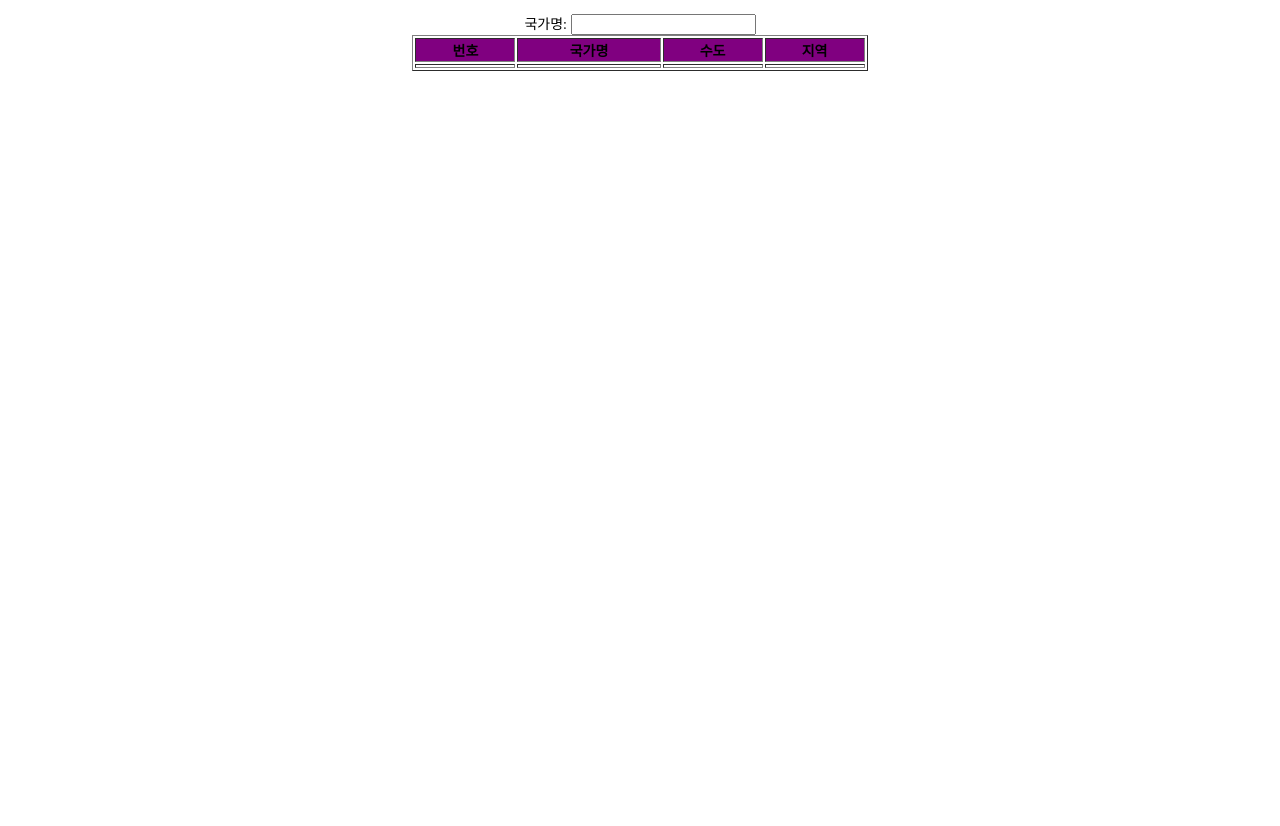
Repository: KangHoi/encore_vueWorkspace
Page: vue03_Event/WebContent/vue04_example.html
The author's editor kept a copy of each file at every save. The page is drawn from the files as they stood at one save, then again after the next save.
The browser window is 1280 px wide. The pictures show the whole page.

Above is the page before, as saved 2021-07-12 02:18:11.
Console error: SyntaxError: Unexpected token '}'

### vue03_Event/WebContent/vue04_example.html
<!DOCTYPE html>
<html>
<head>
<meta charset="UTF-8">
<title>Insert title here</title>
<style>
	#country{
		width: 60%;
		height: 800px;
		margin:0 auto;
		padding: 5px;
		text-align: center;
		font-size: 14px;

	}
	#tid{
		width: 60%;
		margin: 0 auto;
	}
	#th{
		background-color: purple;
		font: yellow;
		font: bold;
	}
</style>
<script src="https://cdn.jsdelivr.net/npm/vue/dist/vue.js"></script>

</head>
<body>
	<div id="country">
		국가명: <input v-model="findCountryByName"></input>
		<table id ="tid" border="1px">
			<thead id = "th">
				<tr>
					<th>번호</th><th>국가명</th><th>수도</th><th>지역</th>
				</tr>
			</thead>

			<tbody>
				<tr v-for="country in countries">
					<td v-html="country.no"></td>
					<td v-html="country.name"></td>
					<td v-html="country.capital"></td>
					<td v-html="country.region"></td>
				</tr>
			</tbody>
		</table>
	</div>
	<script>
	var model = {
		countries: [
			{ no: 1, name: "미국", capital: "워싱턴DC", region: "america"},
			{ no: 2, name: "프랑스", capital: "파리", region: "europe"},
			{ no: 3, name: "영국", capital: "런던", region: "europe"},
			{ no: 4, name: "중국", capital: "베이징", region: "asia"},
			{ no: 5, name: "태국", capital: "방콕", region: "asia"},
			{ no: 6, name: "모로코", capital: "라바트", region: "africa"},
			{ no: 7, name: "라오스", capital: "비엔티안", region: "asia"},
			{ no: 8, name: "베트남", capital: "하노이", region: "asia"},
			{ no: 9, name: "피지", capital: "수바", region: "oceania"},
			{ no: 10, name: "솔로몬 제도", capital: "호니아라", region: "oceania"},
			{ no: 11, name: "자메이카", capital: "킹스턴", region: "america"},
			{ no: 12, name: "나미비아", capital: "빈트후크", region: "africa"},
			{ no: 13, name: "동티모르", capital: "딜리", region: "asia"},
			{ no: 14, name: "멕시코", capital: "멕시코시티", region: "america"},
			{ no: 15, name: "베네수엘라", capital: "카라카스", region: "america"},
			{ no: 16, name: "서사모아", capital: "아피아", region: "oceania"},
		]
	}

	new Vue({
		el: '#country',
		data: model,
		computed:{
			findCountryByName : function(){
				return this.
			}
		}
	})
	</script>
</body>
</html>

After the next save:
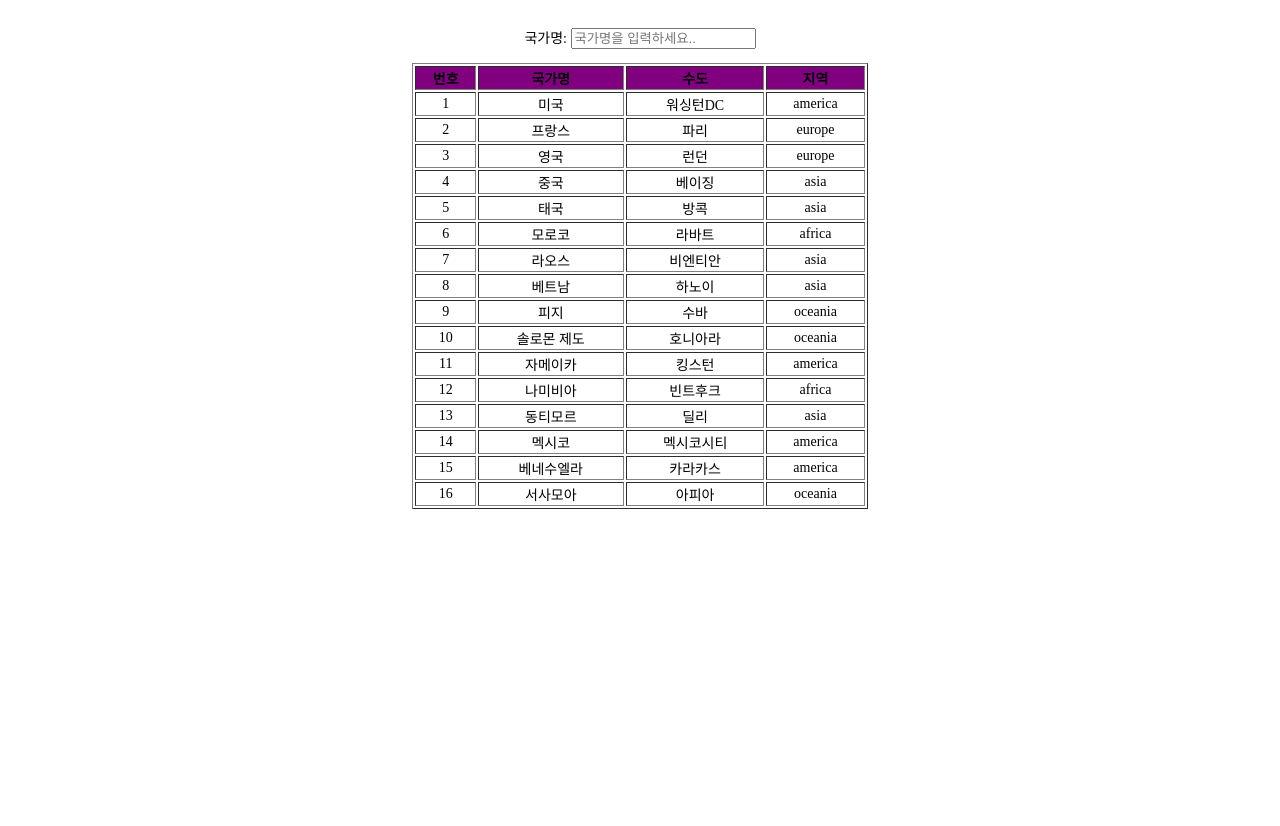
The error is gone.
Saved 4 min 44 s later.
--- a/vue03_Event/WebContent/vue04_example.html
+++ b/vue03_Event/WebContent/vue04_example.html
@@ -28,7 +28,9 @@
 </head>
 <body>
 	<div id="country">
-		국가명: <input v-model="findCountryByName"></input>
+	<p>
+		국가명: <input type="text" placeholder="국가명을 입력하세요.."></input>
+	</p>
 		<table id ="tid" border="1px">
 			<thead id = "th">
 				<tr>
@@ -44,6 +46,9 @@
 					<td v-html="country.region"></td>
 				</tr>
 			</tbody>
+		</table>
+
+		<table>
 		</table>
 	</div>
 	<script>
@@ -73,7 +78,7 @@
 		data: model,
 		computed:{
 			findCountryByName : function(){
-				return this.
+
 			}
 		}
 	})
